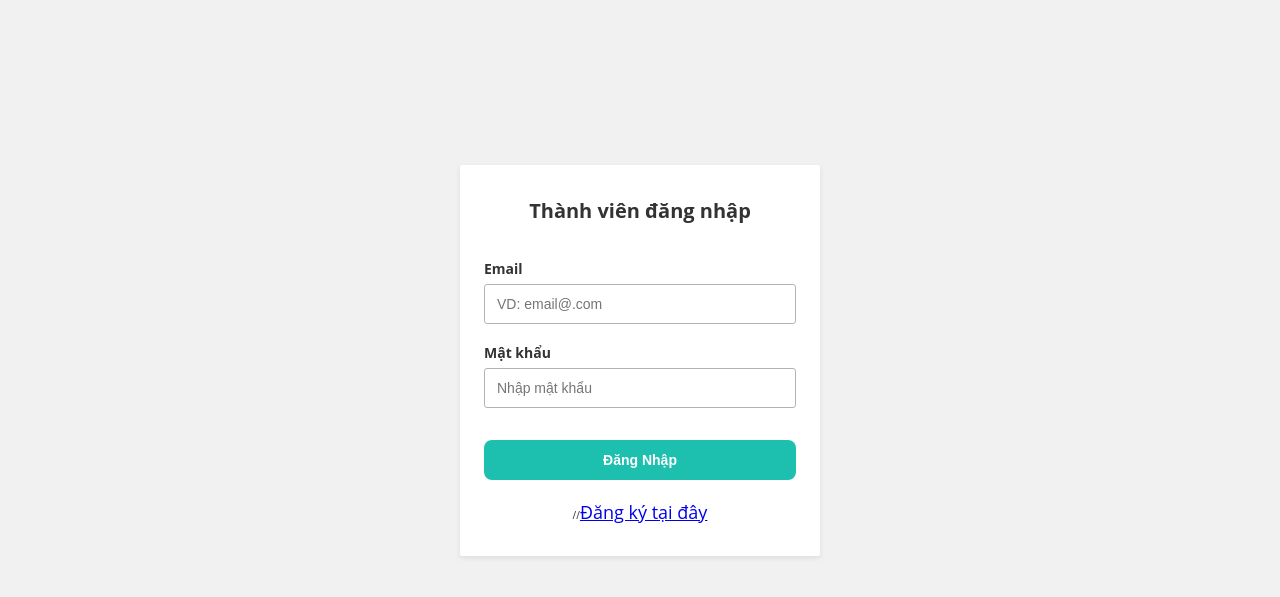
Repository: congthinh1701/TCshop
Page: DangNhap.html
These files come from the project's save history. The page is drawn as it stood at one moment and after the next save; the edit follows.
The browser window is 1280 px wide. The pictures show the whole page.

Above is the page before, as saved 2021-09-08 03:13:32.
Console error: TypeError: Cannot read properties of null (reading 'innerHTML')

### DangNhap.html
<!DOCTYPE html>
<html lang="en">

<head>
    <meta charset="UTF-8">
    <meta http-equiv="X-UA-Compatible" content="IE=edge">
    <meta name="viewport" content="width=device-width, initial-scale=1.0">
    <title>Document</title>
    <link rel="stylesheet" href="assets/css/DangKy.css">
    <script type="text/javascript">

        function Redirect() {
            window.location = "home.html";
        }

    </script>

</head>

<body>
    <div class="main">

        <form action="home.html" class="form" id="form-1">
            <h3 class="heading">Thành viên đăng nhập</h3>

            <div class="spacer"></div>
            <div class="form-group">
                <label for="email" class="form-label">Email</label>
                <input id="email" name="email" type="text" placeholder="VD: email@.com" class="form-control">
                <span class="form-message"></span>
            </div>

            <div class="form-group">
                <label for="password" class="form-label">Mật khẩu</label>
                <input id="password" name="password" type="password" placeholder="Nhập mật khẩu" class="form-control">
                <span class="form-message"></span>
            </div>

            <button class="form-submit" style="margin-bottom:20px">Đăng Nhập</button>

            //<a href="DangKy.html" style="font-size: 18px;">Đăng ký tại đây</a>

        </form>

    </div>
    <script src="assets/js/product.js"></script>
    <script src="assets/js/main.js"></script>

    <script>

        Validator({
            form: '#form-1',
            errorSelector: '.form-message',
            rules: [
                Validator.isRequired('#fullname', 'Vui lòng nhập tên đầy đủ'),
                Validator.isRequired('#email'),
                //Validator.isEmail('#email'),
                //Validator.minLength('#password',6),
                //Validator.isRequired('#password_confirmation'),
                //Validator.isConfirmed('#password_confirmation',function(){
                //return document.querySelector('#form-1 #password').value;
                //},'Mật khẩu nhập lại không chính xác')
                Validator.DangNhapEmail('#email', function () {
                    const TaiKhoanMatKhau = createStorage('ThongTinDangKy')
                    var ThongTin = TaiKhoanMatKhau.get('ThongTinDangKy')
                    for (var i in ThongTin) {
                        return email = ThongTin[i].email
                    }
                }),
                Validator.DangNhapPassword('#password', function () {
                    const TaiKhoanMatKhau = createStorage('ThongTinDangKy')
                    var ThongTin = TaiKhoanMatKhau.get('ThongTinDangKy')
                    for (var i in ThongTin) {
                        return password = ThongTin[i].password
                    }
                })
            ],
            onSubmit: function (data) {
                console.log(data);
            }
        });


    </script>

</body>

</html>

### assets/css/DangKy.css
* {
    padding: 0;
    margin: 0;
    box-sizing: border-box;
  }
  html {
    color: #333;
    font-size: 62.5%;
    font-family: "Open Sans", sans-serif;
  }
  .main {
    background: #f1f1f1;
    min-height: 100vh;
    display: flex;
    justify-content: center;
  }
  .form {
    width: 360px;
    min-height: 100px;
    padding: 32px 24px;
    text-align: center;
    background: #fff;
    border-radius: 2px;
    margin: 24px;
    align-self: center;
    box-shadow: 0 2px 5px 0 rgba(51, 62, 73, 0.1);
  }
  .form .heading {
    font-size: 2rem;
  }
  .form .desc {
    text-align: center;
    color: #636d77;
    font-size: 1.6rem;
    font-weight: lighter;
    line-height: 2.4rem;
    margin-top: 16px;
    font-weight: 300;
  }

  .form-group {
    display: flex;
    margin-bottom: 16px;
    flex-direction: column;
  }

  .form-label,
  .form-message {
    text-align: left;
  }

  .form-label {
    font-weight: 700;
    padding-bottom: 6px;
    line-height: 1.8rem;
    font-size: 1.4rem;
  }

  .form-control {
    height: 40px;
    padding: 8px 12px;
    border: 1px solid #b3b3b3;
    border-radius: 3px;
    outline: none;
    font-size: 1.4rem;
  }

  .form-control:hover {
    border-color: #1dbfaf;
  }

  .form-group.invalid .form-control {
    border-color: #f33a58;
  }

  .form-group.invalid .form-message {
    color: #f33a58;
  }

  .form-message {
    font-size: 1.2rem;
    line-height: 1.6rem;
    padding: 4px 0 0;
  }

  .form-submit {
    outline: none;
    background-color: #1dbfaf;
    margin-top: 12px;
    padding: 12px 16px;
    font-weight: 600;
    color: #fff;
    border: none;
    width: 100%;
    font-size: 14px;
    border-radius: 8px;
    cursor: pointer;
  }

  .form-submit:hover {
    background-color: #1ac7b6;
  }

  .spacer {
    margin-top: 36px;
  }

### assets/js/main.js
//tạo fuction Validator
// định nghĩa các rules
//truyền vào  object vì bên rule đã định nghĩa
// sử dụng DOM lấy ra selector form-1=formElement
//cần bắt được sự kiện ô input()
// định nghĩa return 2 hàm isEmail
// truyền vào 2 hàm  tham số đã ddingj nghĩa bên rules
// sau đó return về 1 object(có 1 fuction test để kiểm tra)
//quay lại fuction Validator duyệt qua mảng rules
//lấy ra #fulname và #Email   của 2 input bên trong from-1
// sau đó lắng nghe sự kiện onblur gán vào 1 fuction
//lấy ra value
// lấy ra hàm test
//lấy valu truyền vào test để kiểm tra nhập chưa
// sử dụng toán tử 3 ngôi để kiểm tra hàm test
//chạy hàm rule.test gán vào errorMessage
// lấy ra thẻ form-message dựa vào thẻ cha của nó là form-1 gán vào errorElement
// sử dụng classList để tạo màu đỏ

var ThongTinDangKy=[]
function Validator(options){
    // biến lưu lại các rules để ko bị ghì đè lên nhau
    var selectorRules={};

    //hàm thực hiện
    function validate(inputElement,rule){
        var errorElement=inputElement.parentElement.querySelector(options.errorSelector);
        //var errorMessage=rule.test(inputElement.value)
        var errorMessage;

        //lấy ra các rules của selector
        var rules=selectorRules[rule.selector];
        for(var i =0;i<rules.length;i++){
            errorMessage= rules[i](inputElement.value)
            if(errorMessage) break;
        }
            if(errorMessage){
                errorElement.innerText=errorMessage;
                inputElement.parentElement.classList.add('invalid')
            }
            else{
                errorElement.innerText='';
                inputElement.parentElement.classList.remove('invalid')
            }
            return !errorMessage;
    }
    var formElement=document.querySelector(options.form)

    if(formElement){
        // bỏ hành vi mặc định
        formElement.onsubmit=function(e){
            e.preventDefault();
            var isFormValid=true;
            //Lặp qua từng rules và valitdate
            options.rules.forEach(function(rule){
                var inputElement=formElement.querySelector(rule.selector);
                var isValid=validate(inputElement,rule)
                if(!isValid){
                    isFormValid=false;

                }
            });
            // lấy dữ liệu form
            if(isFormValid){
                // trường hop submit với javascript
                if(typeof options.onSubmit === 'function'){
                    var enableInputs=formElement.querySelectorAll('[name]')
                    var formValues=Array.from(enableInputs).reduce(function(values,input){
                        values[input.name]=input.value
                        return values
            },{})
                    options.onSubmit(formValues)
                }
                //trường hợp submit với hành vi mặt định
            }
            //* lấy dữ liệu form

        }
        //Lặp qua mỗi rules và xử lý(lắng nghe sự kiện)
        options.rules.forEach(function(rule){

            // lưu lại các rules cho mỗi input
            //lần đầu gán vào mảng nó là undifine
            //Khi undifine gán cho nó vào 1 mảng
            // sau lần đầu tiên chạy nó sẽ là undifine và được gán vào mảng,qua lần thứ 2 chạy nó sẽ là 1 cái mảng và mình push cái rule tiếp theo vào mảng đó
            if(Array.isArray(selectorRules[rule.selector])){
                selectorRules[rule.selector].push(rule.test)
            }
            else{
                selectorRules[rule.selector]=[rule.test]
            }
            var inputElement=formElement.querySelector(rule.selector);
            if(inputElement){
                // xử lý trường hợp người dùng onblur ra khỏi
                inputElement.onblur=function(){
                    validate(inputElement,rule)
                }
                //xử lý mỗi khi người dùng nhập vào input
                inputElement.oninput=function(){
                    var errorElement=inputElement.parentElement.querySelector(options.errorSelector)
                    errorElement.innerText='';
                    inputElement.parentElement.classList.remove('invalid')
                }
            }
        });

    }
}


Validator.isRequired=function(selector,message){
    return {
        selector:selector,
        test:function(value){
            return value.trim() ? undefined : message|| 'Vui lòng nhập trường này'
        }
    }
}

Validator.isEmail=function(selector,message){
    return {
        selector:selector,
        test:function(value){
            var regex=/^\w+([\.-]?\w+)*@\w+([\.-]?\w+)*(\.\w{2,3})+$/;
            return regex.test(value) ? undefined : message|| 'Trường này phải là Email'
        }
    }
}

Validator.minLength=function(selector,min,message){
    return {
        selector:selector,
        test:function(value){
            return value.length >=min ? undefined : message || `Vui lòng nhập tối thiểu ${min} ký tự`
        }
    }
}
Validator.isConfirmed=function(selector,getConfirmValue,message){
    return {
        selector:selector,
        test:function(value){
            return value==getConfirmValue() ? undefined : message|| 'Giá trị nhập vào không chính xác'
        }
    }
}

/// kiểm tra đăng nhập
Validator.DangNhapEmail=function(selector,getThongTin,message){
    return {
        selector:selector,
        test:function(value){
            return value==getThongTin() ? undefined : message|| 'Email không hợp lệ'
        }
    }
}
Validator.DangNhapPassword=function(selector,getThongTin,message){
    return {
        selector:selector,
        test:function(value){
            return value==getThongTin() ? undefined : message|| 'Password không hợp lệ'
        }
    }
}

Loaded but not shown: assets/js/product.js (467 lines, source omitted)

After the next save:
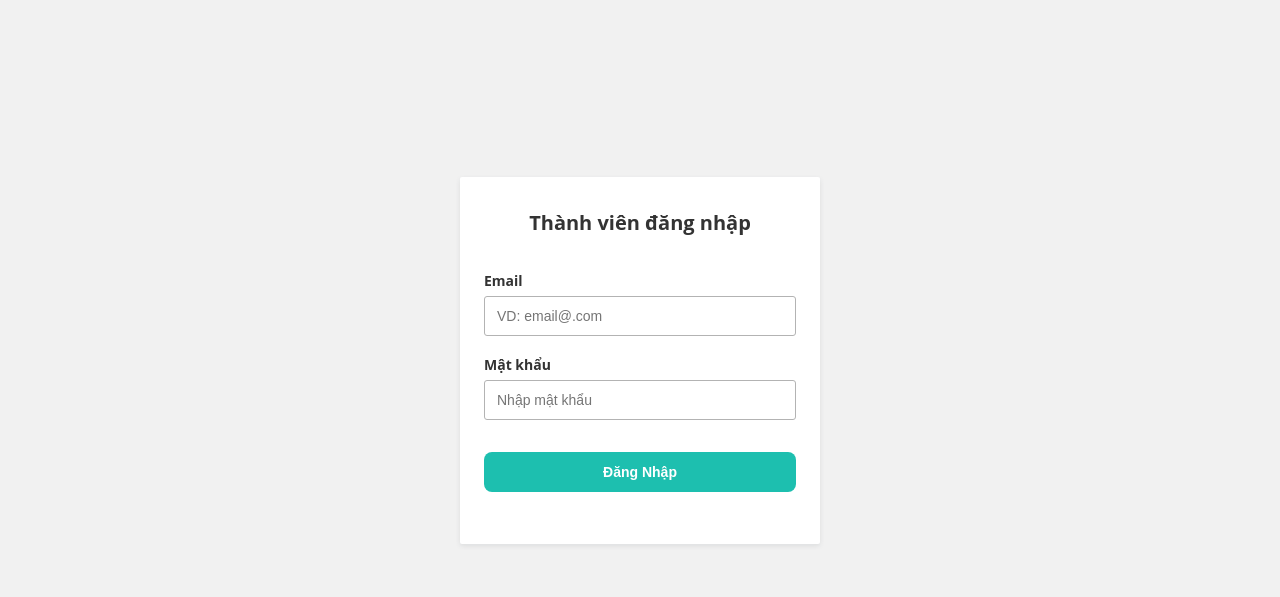
Saved 4 s later.
--- a/DangNhap.html
+++ b/DangNhap.html
@@ -38,7 +38,6 @@
 
             <button class="form-submit" style="margin-bottom:20px">Đăng Nhập</button>
 
-            //<a href="DangKy.html" style="font-size: 18px;">Đăng ký tại đây</a>
 
         </form>
 

After the save that followed:
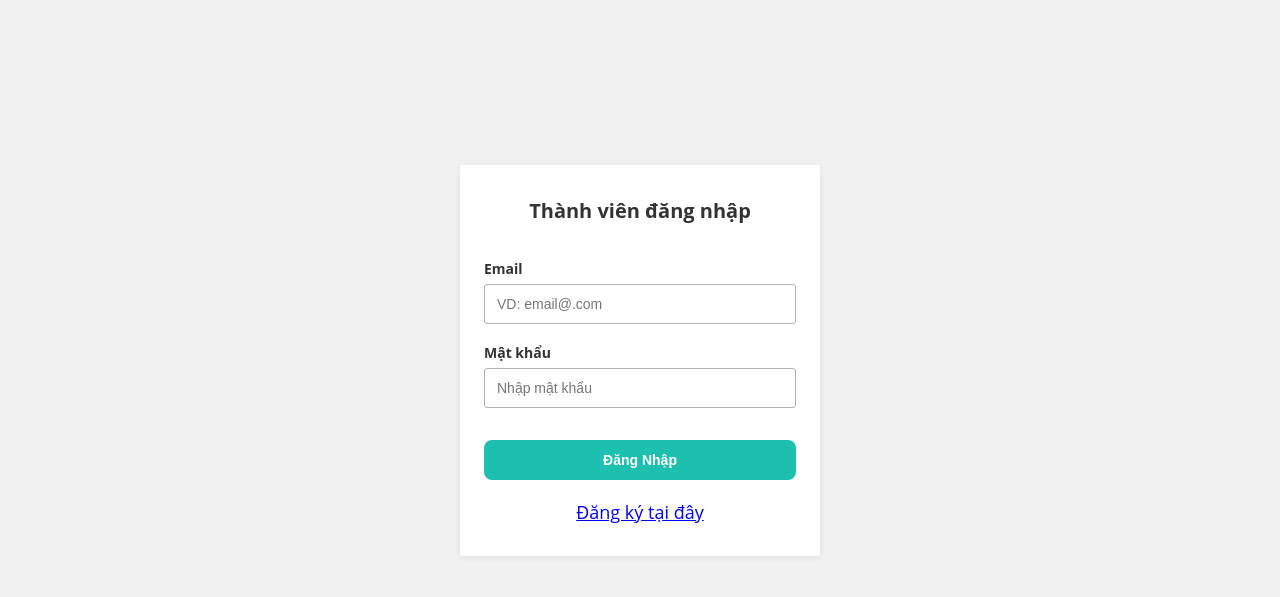
Saved 47 s later.
--- a/DangNhap.html
+++ b/DangNhap.html
@@ -38,6 +38,7 @@
 
             <button class="form-submit" style="margin-bottom:20px">Đăng Nhập</button>
 
+            <a href="DangKy.html" style="font-size: 18px;">Đăng ký tại đây</a>
 
         </form>
 
